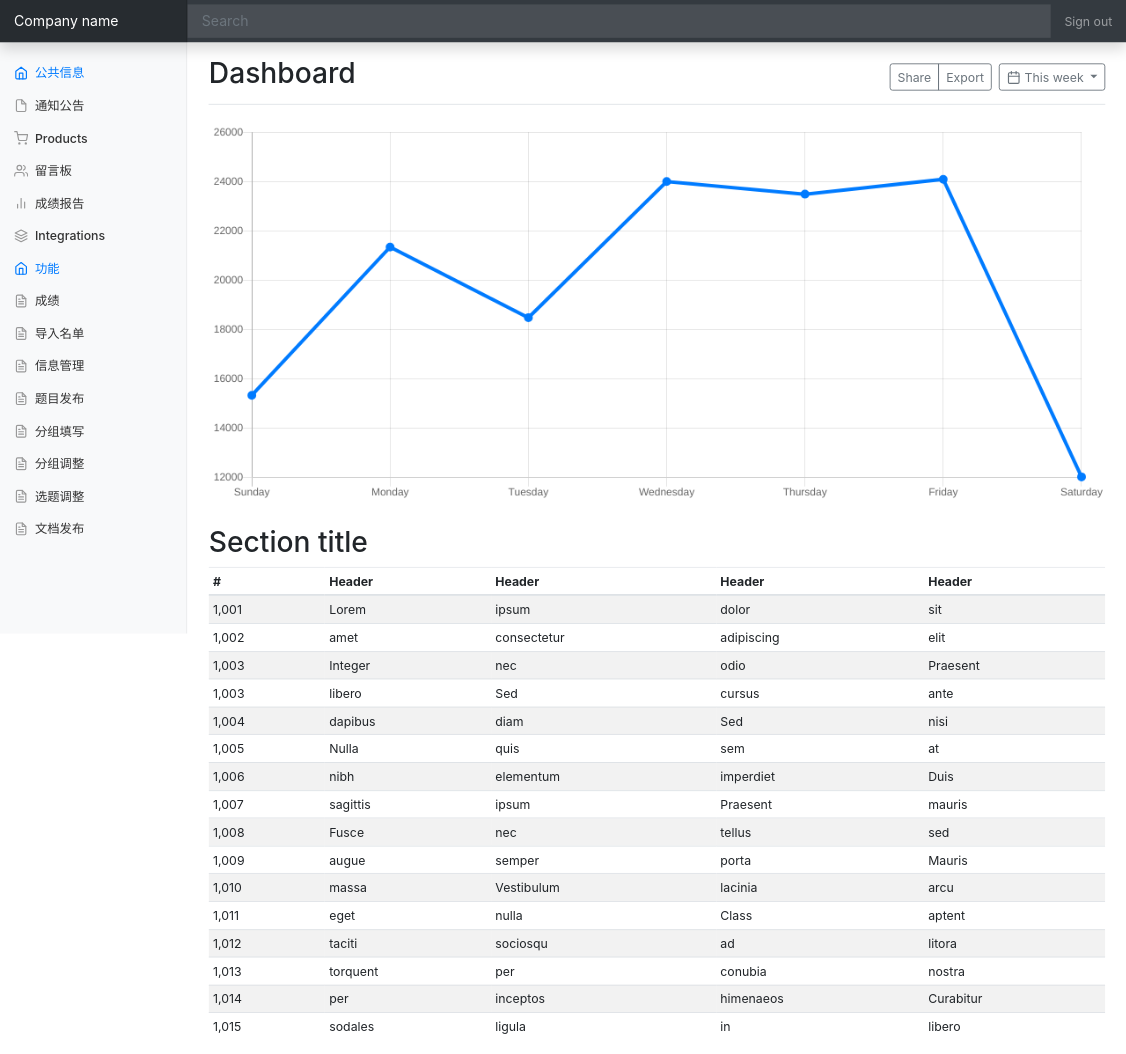
Repository: Kong-T/Practical-training
Page: Administrator/dashboard/index.html
The author's editor kept a copy of each file at every save. The page is drawn from the files as they stood at one save, then again after the next save.
The browser window is 1280 px wide. The pictures show the whole page, at 88% of full size.
Some web libraries are served in a nearby version.

Above is the page before, as saved 2020-12-14 10:25:11.

After the next save:
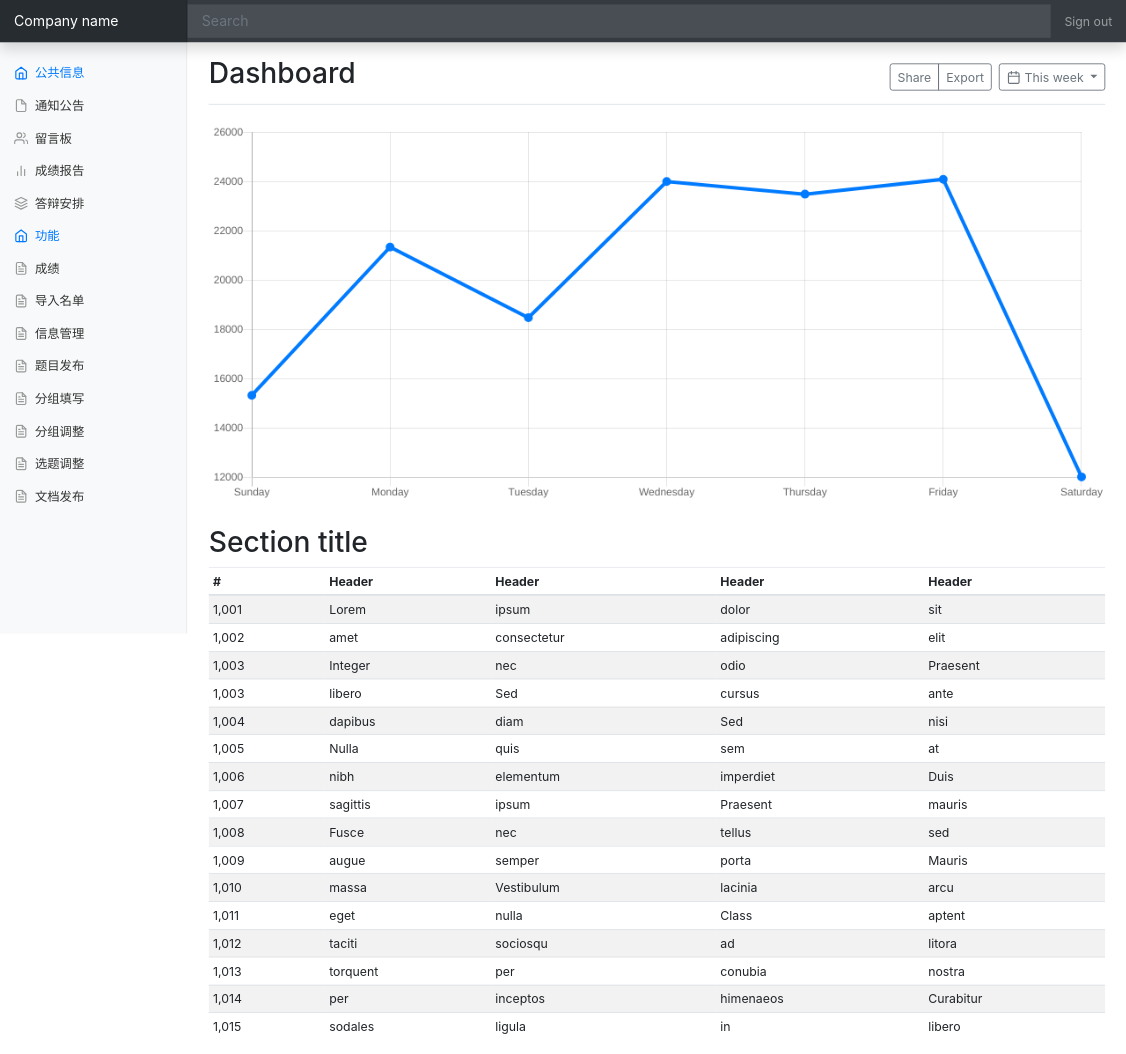
Saved 19 s later.
--- a/Administrator/dashboard/index.html
+++ b/Administrator/dashboard/index.html
@@ -63,12 +63,7 @@
               通知公告
             </a>
           </li>
-          <li class="nav-item">
-            <a class="nav-link" href="#">
-              <span data-feather="shopping-cart"></span>
-              Products
-            </a>
-          </li>
+
           <li class="nav-item">
             <a class="nav-link" href="#">
               <span data-feather="users"></span>
@@ -84,7 +79,7 @@
           <li class="nav-item">
             <a class="nav-link" href="#">
               <span data-feather="layers"></span>
-              Integrations
+              答辩安排
             </a>
           </li>
         </ul>
